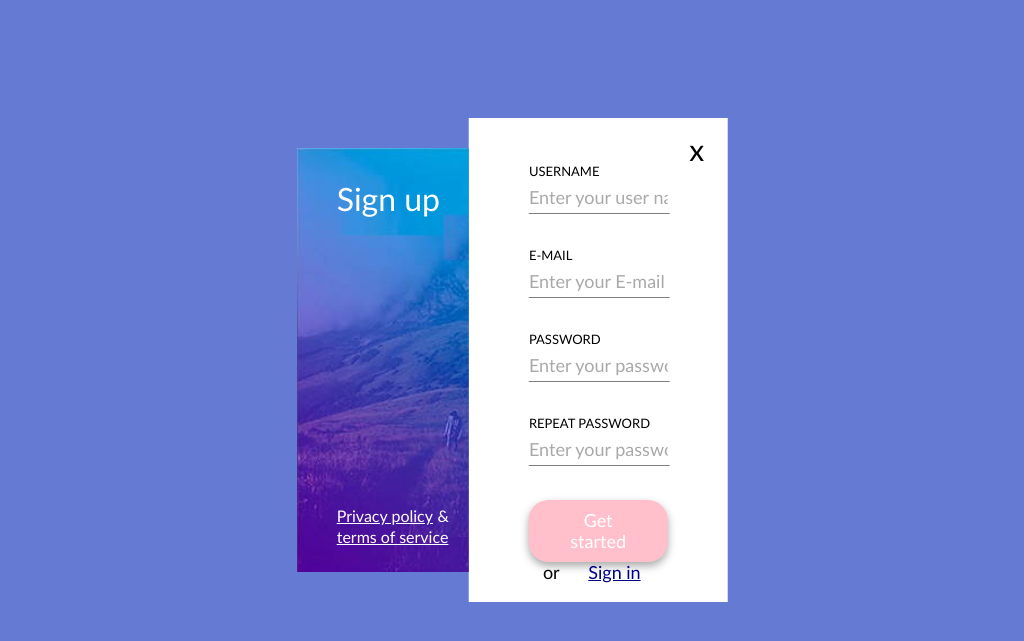
Repository: motiejus1/11-paskaita-adobexd-registracija
Page: index.html
These files come from the project's save history. The page is drawn as it stood at one moment and after the next save; the edit follows.
The browser window is 1024 px wide. The pictures show the whole page.

Above is the page before, as saved 2021-06-21 18:16:58.

After the next save:
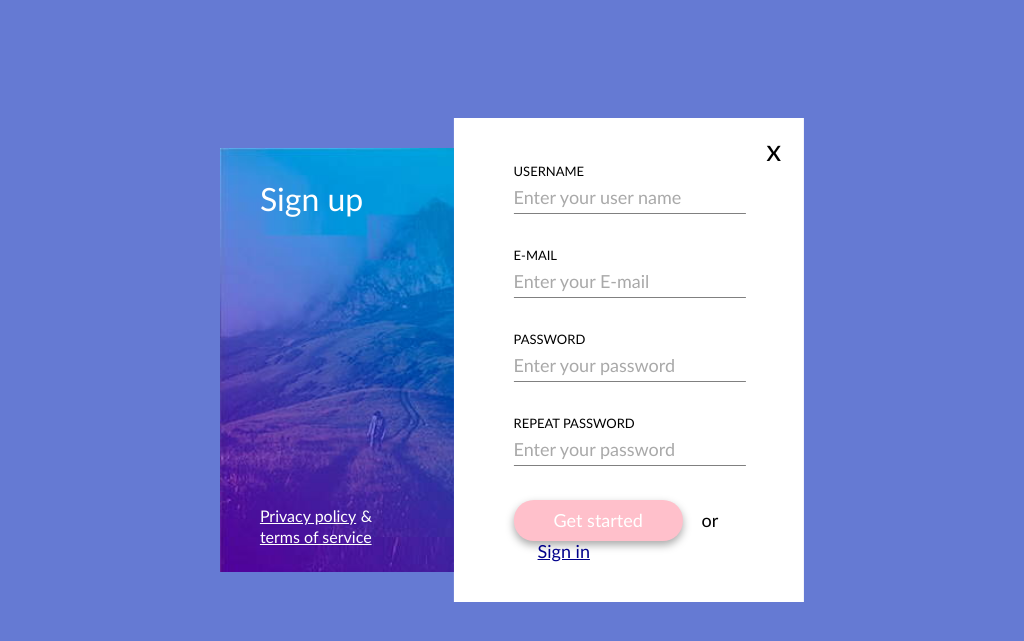
Saved 31 s later.
--- a/index.html
+++ b/index.html
@@ -174,7 +174,9 @@
         }
 
         @media screen and (max-width:1200px) {
-
+            .container {
+                width: 57.05%;
+            }
         }
 
     </style>
